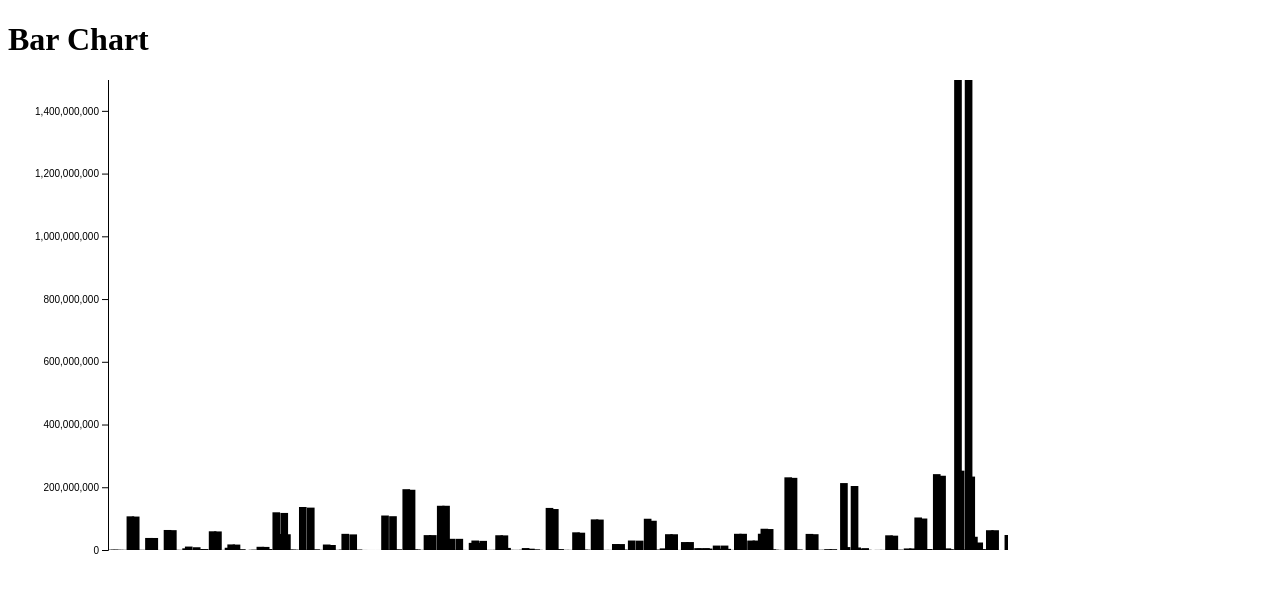
Repository: komalharjani/d3js-visualisation
Page: index.html
The author's editor kept a copy of each file at every save. The page is drawn from the files as they stood at one save, then again after a run of saves.
The browser window is 1280 px wide. The pictures show the whole page.

Above is the page before, as saved 2020-04-29 22:25:38.

### index.html
<!DOCTYPE html>
<html lang="en">
<head>
    <meta charset="UTF-8">
    <meta name="viewport" content="width=device-width, initial-scale=1.0">
    <title>Information Visualisation Practical 3</title>
</head>
<body>
    <div id="barChart"></div>
    <h1>Bar Chart</h1>

</body>
<script src="https://d3js.org/d3.v5.min.js"></script>
<script src="index.js"></script>
</html>

### index.js
//1. What the bar chart should represent -- Data
//2. Add CSS - colours
//3. Add Filters
//4. Add Transitions

let dataPath = "data/energy.csv";
d3.csv(dataPath)
        .then(function (data) {

                let finals = [];
                let temp = [];
                console.log(data);

                // //Filter Data into new object
                // for (let i = 0; i < data.length; i++) {
                //         if (data[i].region == "Combined" && data[i].year == 1990) {
                //                 finals.push({
                //                         amount: parseInt(data[i].amount),
                //                         type: data[i].energySrc,
                //                 })
                //         }
                // }
                //console.log(finals);

                for(let j=0; j < data.length; j++) {
                        let year = 1990;
                        if(data[j].year == year) {
                        if(data[j].energySrc == "Coal" || data[j].energySrc == "Petroleum") {
                                finals.push({
                                        amount: parseInt(data[j].amount),
                                        type: data[j].energySrc,
                                        region: data[j].region
                                })
                        }
                        year = year + 1;
                }
                }
                console.log(finals);

                let width = 1000;
                let height = 500;
                let margin = {
                        top: 20,
                        right: 20,
                        bottom: 20,
                        left: 50
                };
                let barwidth = (width / finals.length);

                //Append to HTML Document
                let svg = d3.select("body")
                        .append("svg")
                        .attr("height", height)
                        .attr("width", width);

                //Scales
                let xscale = d3.scaleLinear()
                        .domain([0, d3.max(finals, d => d.amount)])
                        .range([0, width]);

                let yscale = d3.scaleLinear()
                        .domain([0, d3.max(finals, d => d.amount)])
                        .range([height, 0]);

                //text scales
                let yscales = d3.scaleBand()
                .domain(data.map(d => d.type))
                .range(0, width);

                //Axis

                let y_axis = d3.axisLeft()
                        .scale(yscale);

                svg.append("g")
                        .attr("transform", "translate(100,-30)")
                        .call(y_axis)


                //X Axis
                // let x_axis = d3.axisBottom()
                //         .scale(xscale);
                // let xAxisTranslate = height - 30;

                // svg.append("g")
                //         .attr("transform", "translate(100,30)")
                //         .call(yscales)

                //Barchart
                svg.selectAll("body") //add rectangles to all data
                        .data(finals) //provide finals as dataset
                        .enter()
                        .append("rect")
                        .attr("y", function (d) {
                                return height - xscale(d.amount);
                        })
                        .attr("height", function (d) {
                                return xscale(d.amount);
                        })
                        .attr("width", barwidth + 5)
                        .attr("transform", function (d, i) {
                                let translate = [100 + barwidth * i,-30];
                                return "translate(" + translate + ")";
                        })
                        .attr("fill", 'black');

                // Barchart Text
                // let text = svg.selectAll("text")
                //         .data(finals)
                //         .enter()
                //         .append("text")
                //         .text(function (d) {
                //                 return d.amount;
                //         })
                //         .attr("y", function (d, i) {
                //                 return height - xscale(d.amount) - 2;
                //         })
                //         .attr("x", function (d, i) {
                //                 return barwidth * i;
                //         })


                        //    /**
        //          * Boundaries
        //          */
        //         let dateBoundaries = d3.extent(data, function (d) {
        //                 return parseFloat(d.year);
        //         });

        //         let energyBoundaries = d3.extent(data, function (d) {
        //                 return parseFloat(d.amount);
        //         });



                //Averages (rollup example)
                var energyAvgType = d3.nest()
                        .key(function (d) {
                                return d.type;
                        })
                        .rollup(function (v) {
                                return d3.mean(v, function (d) {
                                        return d.amount;
                                });
                        })
                        .entries(data);

                /**
                 * Combined USTOTAL Energy Use split by year, type and energy source
                 */
                let usTotal = d3.nest()
                        .key(function (d) {
                                return d.year;
                        })
                        .entries(data);
                usTotal.shift();
                console.log(usTotal);


        });

After the next 2 saves:
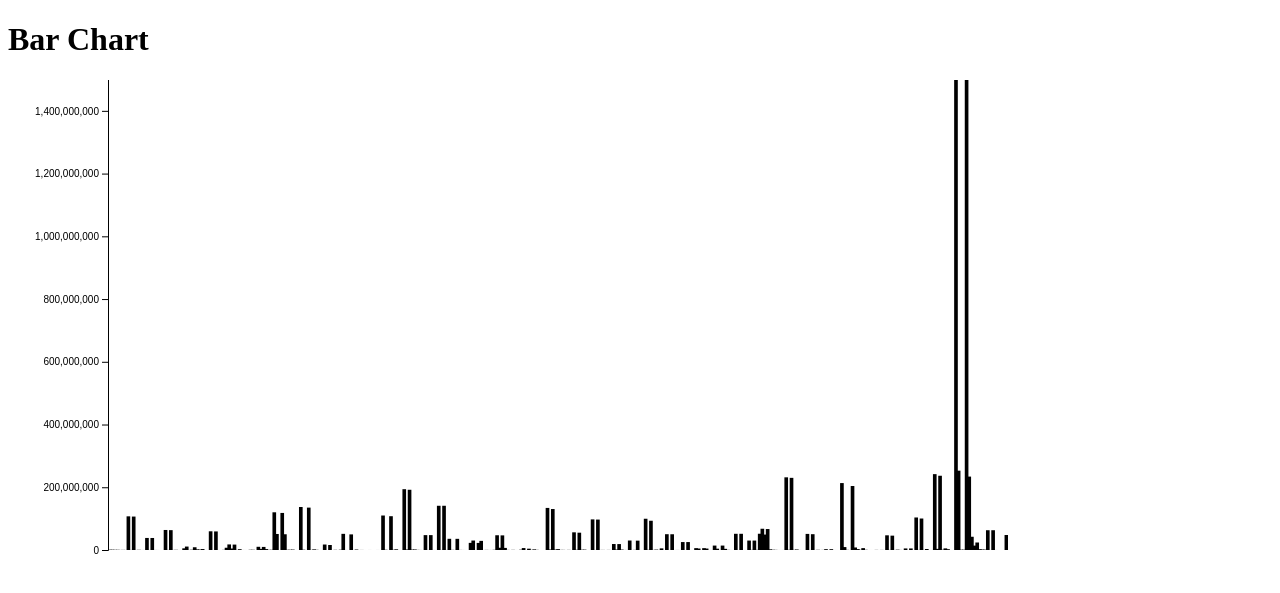
The 2 saves are shown as one change because they came seconds apart.
The last was saved 7 s later.
--- a/index.js
+++ b/index.js
@@ -97,7 +97,7 @@ d3.csv(dataPath)
                         .attr("height", function (d) {
                                 return xscale(d.amount);
                         })
-                        .attr("width", barwidth + 5)
+                        .attr("width", barwidth + 1)
                         .attr("transform", function (d, i) {
                                 let translate = [100 + barwidth * i,-30];
                                 return "translate(" + translate + ")";
